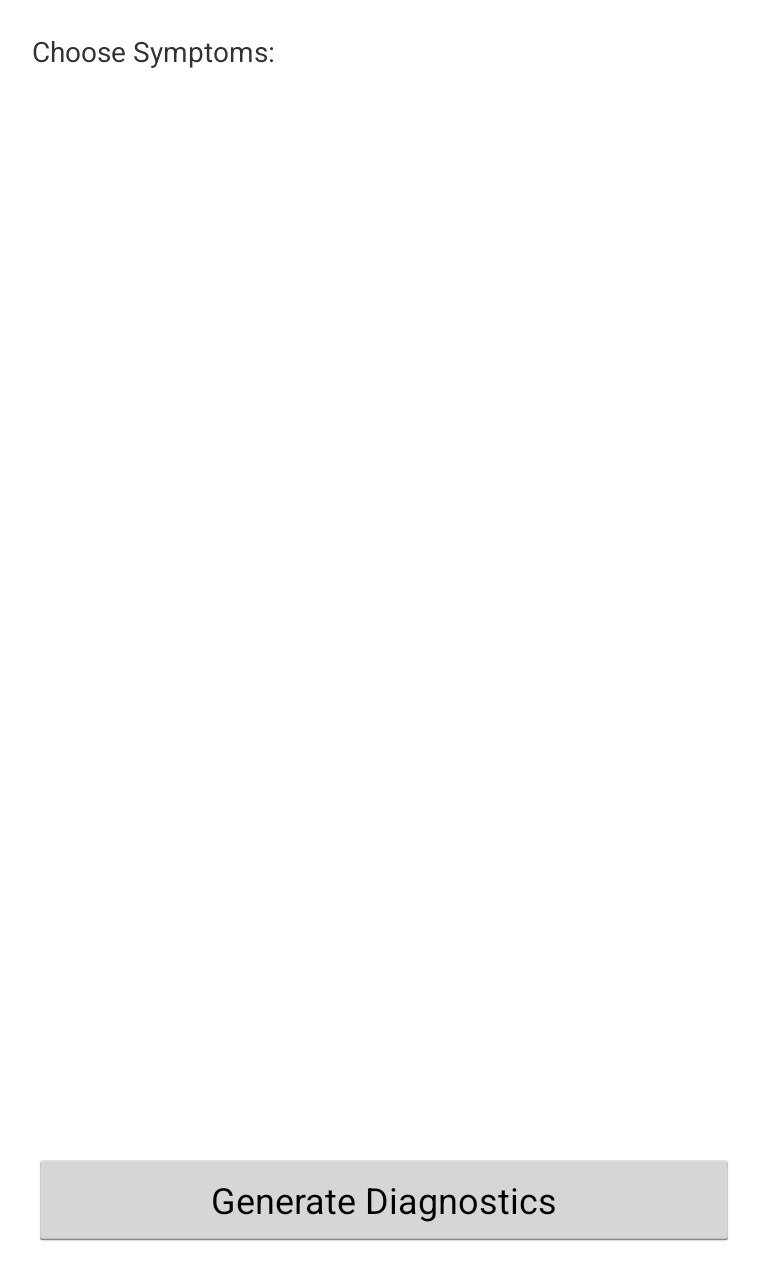
Repository: diogosufil/AcupunturaClienteAndroid
Layout: AcupunturaClienteAndroid/res/layout/activity_symptoms.xml
The author's editor kept a copy of each file at every save. The layout is drawn from the files as they stood at one save, then again after the next save.
It is drawn on a 768 x 1280 px phone screen (xhdpi) without system bars, with theme AppTheme; the app's code is not run. Lists and similar views that code fills are empty.

Above is the layout before, as saved 2015-01-07 18:13:15.

### AcupunturaClienteAndroid/res/layout/activity_symptoms.xml
<LinearLayout xmlns:android="http://schemas.android.com/apk/res/android"
    xmlns:tools="http://schemas.android.com/tools"
    android:id="@+id/LinearLayout1"
    android:layout_width="match_parent"
    android:layout_height="match_parent"
    android:orientation="vertical"
    android:paddingBottom="@dimen/activity_vertical_margin"
    android:paddingLeft="@dimen/activity_horizontal_margin"
    android:paddingRight="@dimen/activity_horizontal_margin"
    android:paddingTop="@dimen/activity_vertical_margin"
    tools:context="com.example.acupunturaclienteandroid.Symptoms" >

    <TextView
        android:layout_width="wrap_content"
        android:layout_height="wrap_content"
        android:text="@string/chooseSymptoms" />

    <ListView
        android:id="@+id/listViewSintomas"
        android:layout_width="match_parent"
        android:layout_height="304dp"
        android:layout_weight="0.47" >
    </ListView>

    <Button
        android:id="@+id/buttonGeraDiagn"
        android:layout_width="match_parent"
        android:layout_height="wrap_content"
        android:text="@string/generateDiagnostics" />

</LinearLayout>

### AcupunturaClienteAndroid/res/values/strings.xml
<?xml version="1.0" encoding="utf-8"?>
<resources>

    <string name="app_name">Acupuncture</string>
    <string name="hello_world">Hello world!</string>
    <string name="action_settings">Settings</string>
    <string name="title_activity_menu">Menu</string>
    <string name="title_activity_main">Acupuncture</string>
    <string name="login">Login</string>
    <string name="username">Username</string>
    <string name="password">Password</string>
    <string name="nothing"></string>
    <string name="logout">Logout</string>
    <string name="data_management">Generate Diagnostics</string>
    <string name="human_resources">Human Resources</string>
    <string name="title_activity_data_management">Generate Diagnostics</string>
    <string name="title_activity_human_resources">Human Resources</string>
    <string name="generateDiagnostics">Generate Diagnostics</string>
    <string name="symptoms">Symptoms</string>
    <string name="chooseSymptoms">Choose Symptoms:</string>
    <string name="title_activity_consultation">Consultation</string>
    <string name="title_activity_appointment">New Appointment</string>
    <string name="newAppointment">New Appointment</string>
    <string name="patientBi">Patient Identification (BI or CU):</string>
    <string name="name">Name:</string>
    <string name="bi_Cu">BI or CU:</string>
    <string name="birthdate">Birthdate:</string>
    <string name="clinicalRecord">Clinical Record</string>
    <string name="title_activity_symptoms">Symptoms</string>

</resources>

Loaded but not shown: AcupunturaClienteAndroid/res/values/styles.xml (common file); AcupunturaClienteAndroid/res/values-v11/styles.xml (common file); AcupunturaClienteAndroid/res/values-v14/styles.xml (common file); AcupunturaClienteAndroid/res/values/dimens.xml (common file); AcupunturaClienteAndroid/res/values-w820dp/dimens.xml (common file)

After the next save:
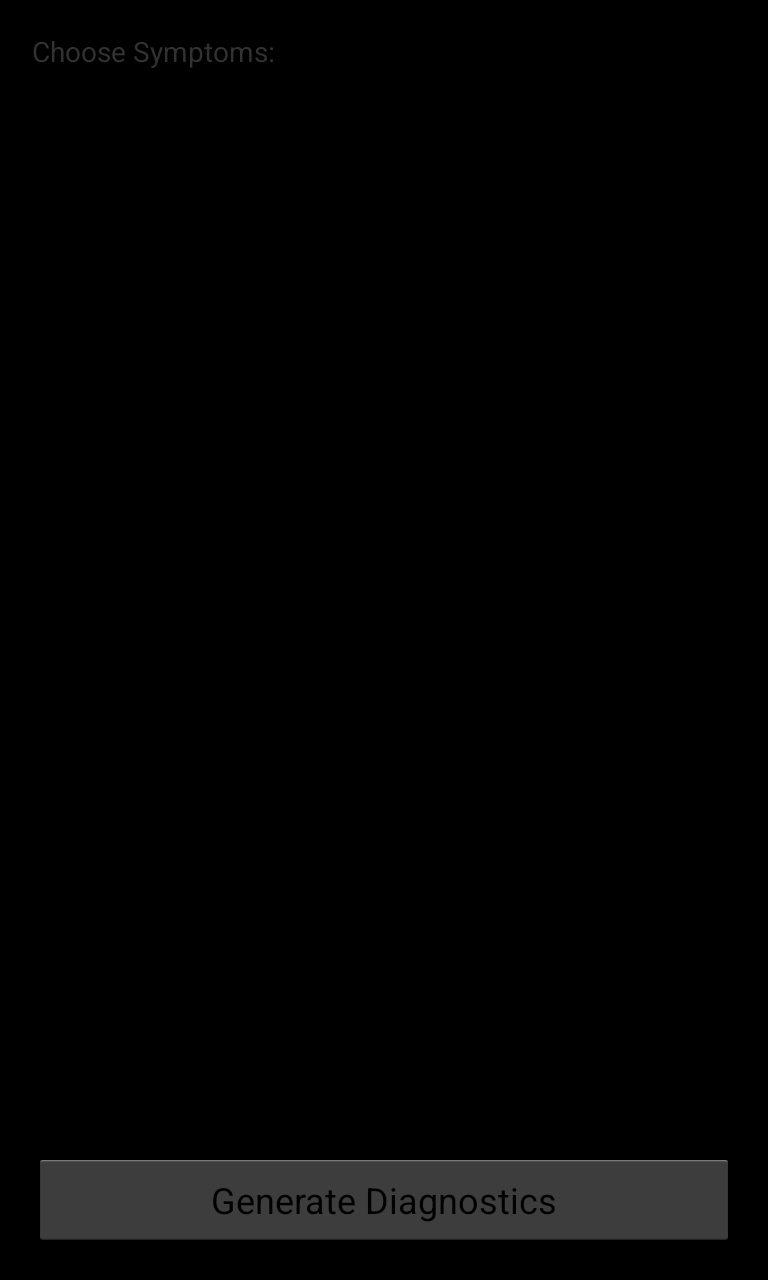
Saved 3 min 27 s later.
--- a/AcupunturaClienteAndroid/res/layout/activity_symptoms.xml
+++ b/AcupunturaClienteAndroid/res/layout/activity_symptoms.xml
@@ -3,6 +3,7 @@
     android:id="@+id/LinearLayout1"
     android:layout_width="match_parent"
     android:layout_height="match_parent"
+    android:background="#000000"
     android:orientation="vertical"
     android:paddingBottom="@dimen/activity_vertical_margin"
     android:paddingLeft="@dimen/activity_horizontal_margin"
